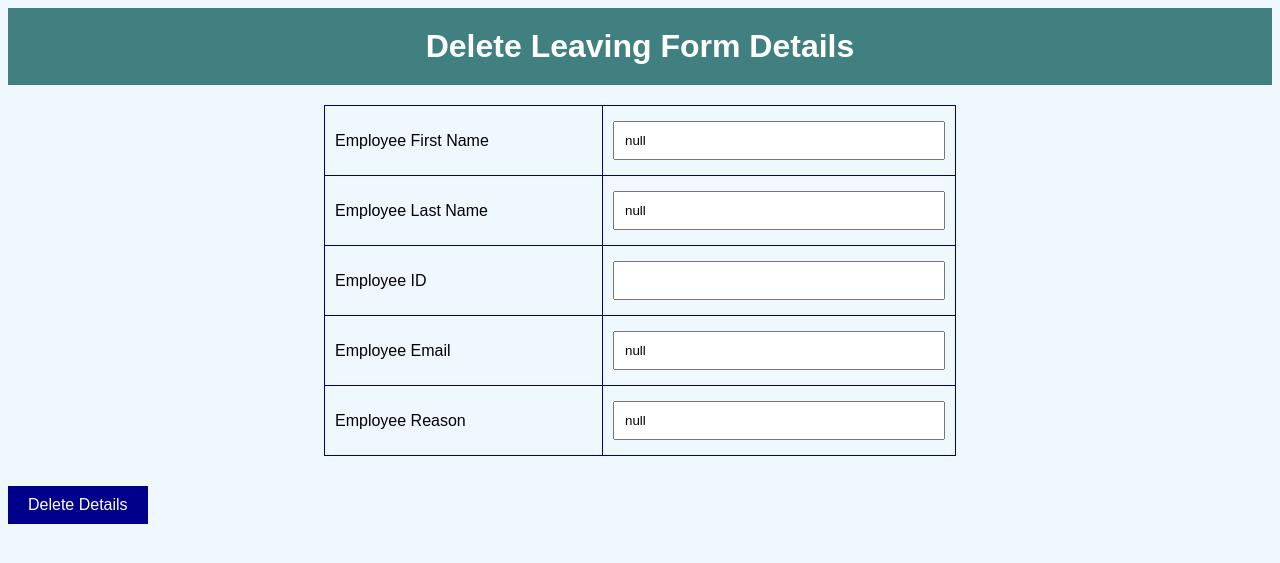
Repository: nishadi-s/Online-Staff-Management-System
Page: http://localhost/LeavingEmp/deleteEmp.jsp
The author's editor kept a copy of each file at every save. The page is drawn from the files as they stood at one save, then again after the next save.
The browser window is 1280 px wide. The pictures show the whole page.
The page is served by Tomcat 9. Other server files are loaded and not shown.

Above is the page before, as saved 2023-10-25 12:50:54.

### LeavingEmp/src/main/webapp/deleteEmp.jsp
<%@ page language="java" contentType="text/html; charset=ISO-8859-1"
    pageEncoding="ISO-8859-1"%>
<!DOCTYPE html>
<html>
<head>
<meta charset="ISO-8859-1">
<title>Delete Details</title>
<link rel="stylesheet" href="deleteEmp.css">
</head>
<body>

<%
String f_name=request.getParameter("fname");
String l_name=request.getParameter("lname");
String u_id=request.getParameter("id");
String e_email=request.getParameter("eemail");
String e_reason=request.getParameter("ereason");
%>

<div class="header">
<h1>  Delete Leaving Form Details</h1>
</div>

<form action="delete" method= "post">
<table>
<tr>
<td>Employee First Name</td>
<td> <input type="text" class="form-label"class="form-control" name="fname" value="<%= f_name %>"readonly> </td>
</tr>

<tr>
<td>Employee Last Name</td>
<td> <input type="text" class="form-label"class="form-control" name="lname" value="<%= l_name %>"readonly> </td>
</tr>

<tr>
<td>Employee ID </td>
<td><input type="number" class="form-label" class="form-control"  name="id" value="<%= u_id %>"readonly></td>
 </tr>

 <tr>
<td>Employee Email </td>
<td><input type="email"  class="form-label" class="form-control" name="eemail" value="<%= e_email %>"readonly> </td>
</tr>

<tr>
<td>Employee Reason</td>
<td> <input type="text" class="form-label" class="form-control" name="ereason" value="<%= e_reason %>"readonly> </td>
</tr>
</table>
<input type="submit" class="btn-primary"  name="submit" value="Delete Details"> <br>

</form>

</body>
</html>

### LeavingEmp/src/main/webapp/deleteEmp.css
@charset "ISO-8859-1";

/* Add this CSS to your deleteEmp.css file */
body {
    font-family: Arial, sans-serif;
    background-color: #f0f8ff; /* Light Blue background */
}

.header {
    text-align: center;
    background-color: rgb(64, 128, 128); /* Dark Blue Header */
    color: #ffffff;
    padding: 20px;
}

h1 {
    margin: 0;
}

table {
    margin: 20px auto;
    border-collapse: collapse;
    width: 50%;
}

table, th, td {
    border: 1px solid #00008b;
}

th, td {
    padding: 10px;
    text-align: left;
}

th {
    background-color: rgb(0, 128, 128);
    color: white;
}

input[type="text"],
input[type="number"],
input[type="email"] {
    width: 100%;
    padding: 10px;
    margin: 5px 0;
    box-sizing: border-box;
}

input[type="submit"] {
    background-color: #00008b;
    color: #ffffff;
    padding: 10px 20px;
    border: none;
    cursor: pointer;
    font-size: 16px;
    margin-top: 10px;
}

input[type="submit"]:hover {
    background-color: #0000cd; /* Darker Blue on hover */
}

After the next save:
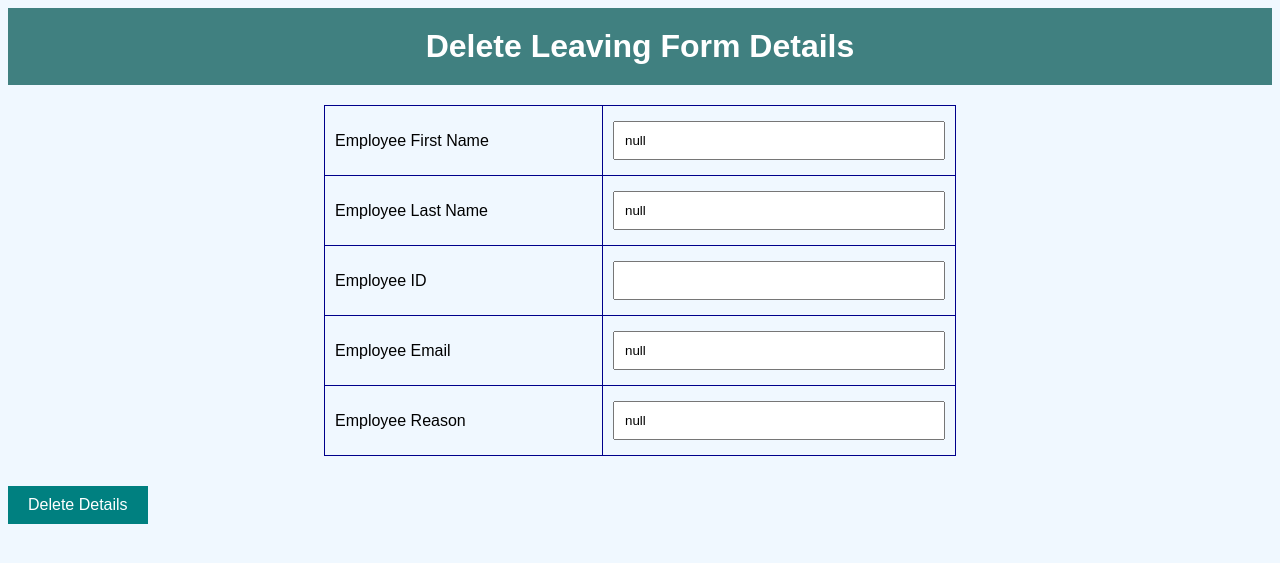
Saved 89 s later.
--- a/LeavingEmp/src/main/webapp/deleteEmp.css
+++ b/LeavingEmp/src/main/webapp/deleteEmp.css
@@ -47,7 +47,7 @@ input[type="email"] {
 }
 
 input[type="submit"] {
-    background-color: #00008b;
+    background-color: rgb(0, 128, 128);
     color: #ffffff;
     padding: 10px 20px;
     border: none;
@@ -57,5 +57,5 @@ input[type="submit"] {
 }
 
 input[type="submit"]:hover {
-    background-color: #0000cd; /* Darker Blue on hover */
+    background-color: rgb(128, 128, 255); /* Darker Blue on hover */
 }
